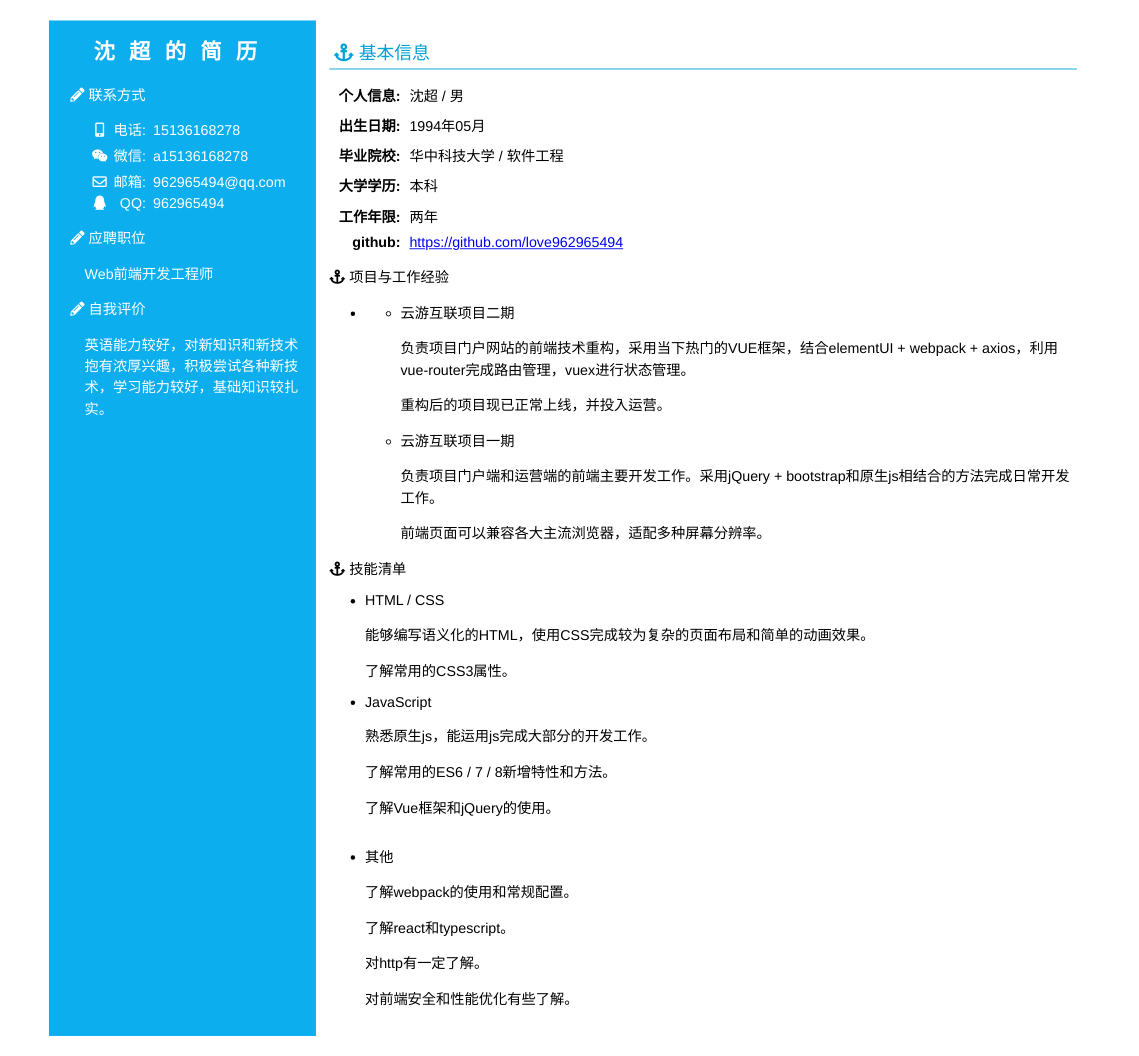
Repository: love962965494/my-resume
Page: index.html
An editor plug-in stored every save of this project. The page is shown before and after the next save, followed by the edit.
The browser window is 1280 px wide. The pictures show the whole page, at 89% of full size.
Some web libraries are served in a nearby version. The style sheet was rebuilt from its Sass, Less or Tailwind sources for each picture, by a compiler version that may differ from the author's.

Above is the page before, as saved 2018-09-02 17:58:01.

After the next save:
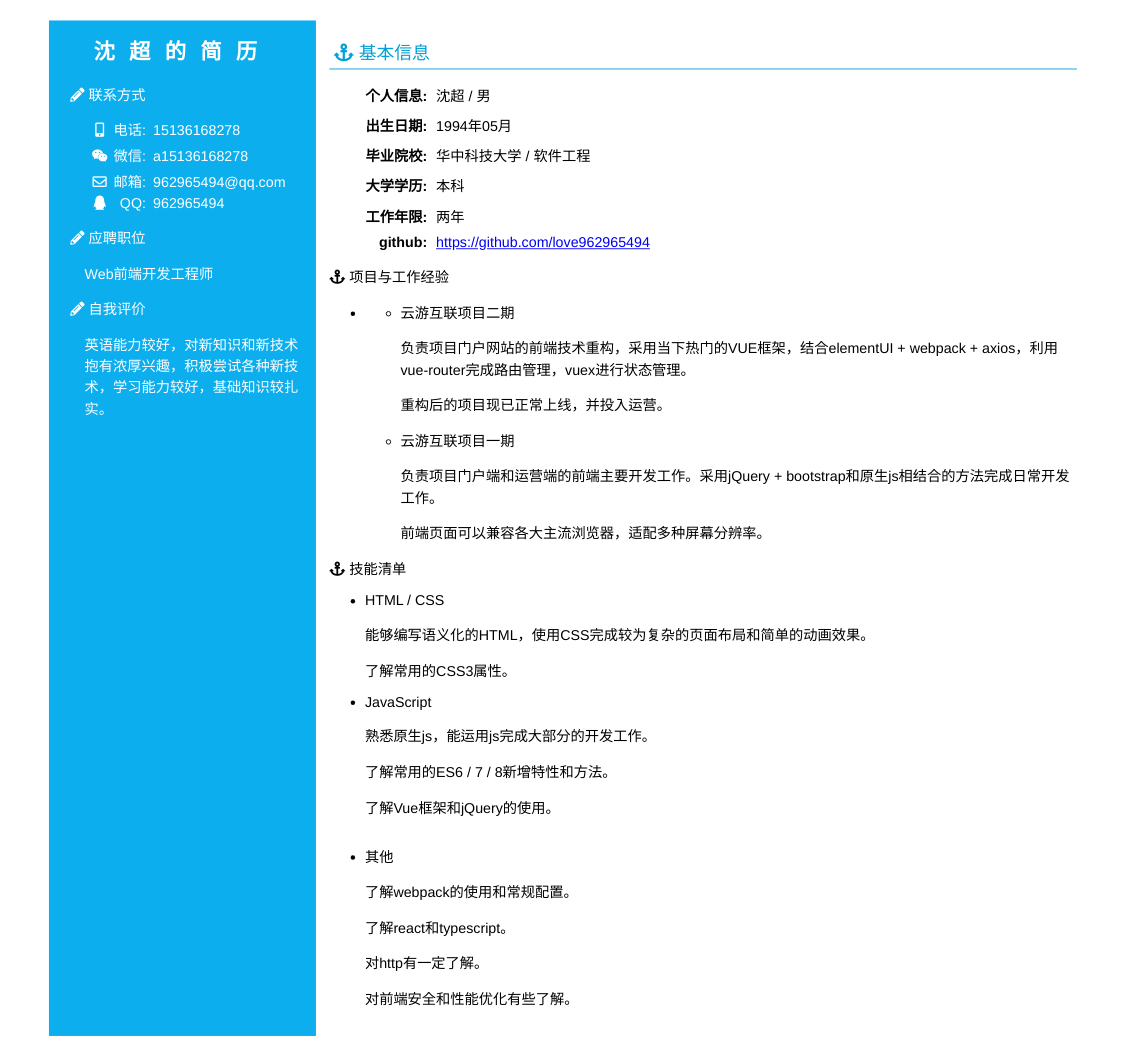
Saved 6 s later.
--- a/styles/myResume.scss
+++ b/styles/myResume.scss
@@ -129,7 +129,7 @@
       padding: 0;
 
       & > li {
-        margin: 10px 0;
+        margin: 10px 30px;
         display: grid;
         grid-template-columns: 5rem 1fr;
         grid-column-gap: 10px;
